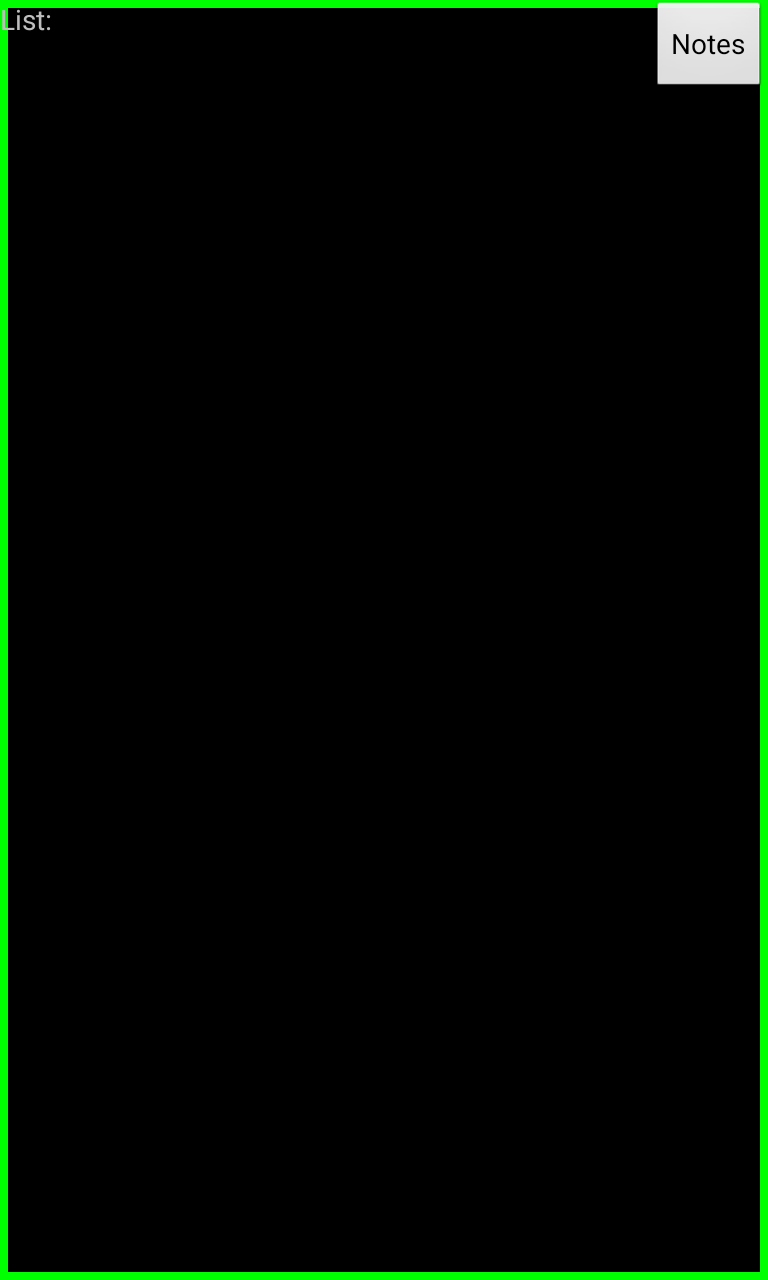
Repository: sandrapatfer/PROMPT11-10-CloudComputing.sandrapatfer
Layout: src/FinalWork/AndroidCloudNotes/AndroidCloudNotes/res/layout/tasklist_list_view_item.xml
An editor plug-in stored every save of this project. The layout is shown before and after the next save, followed by the edit.
It is drawn on a 768 x 1280 px phone screen (xhdpi) without system bars, with theme android:Theme; the app's code is not run.

Above is the layout before, as saved 2012-06-03 23:34:09.

After the next save:
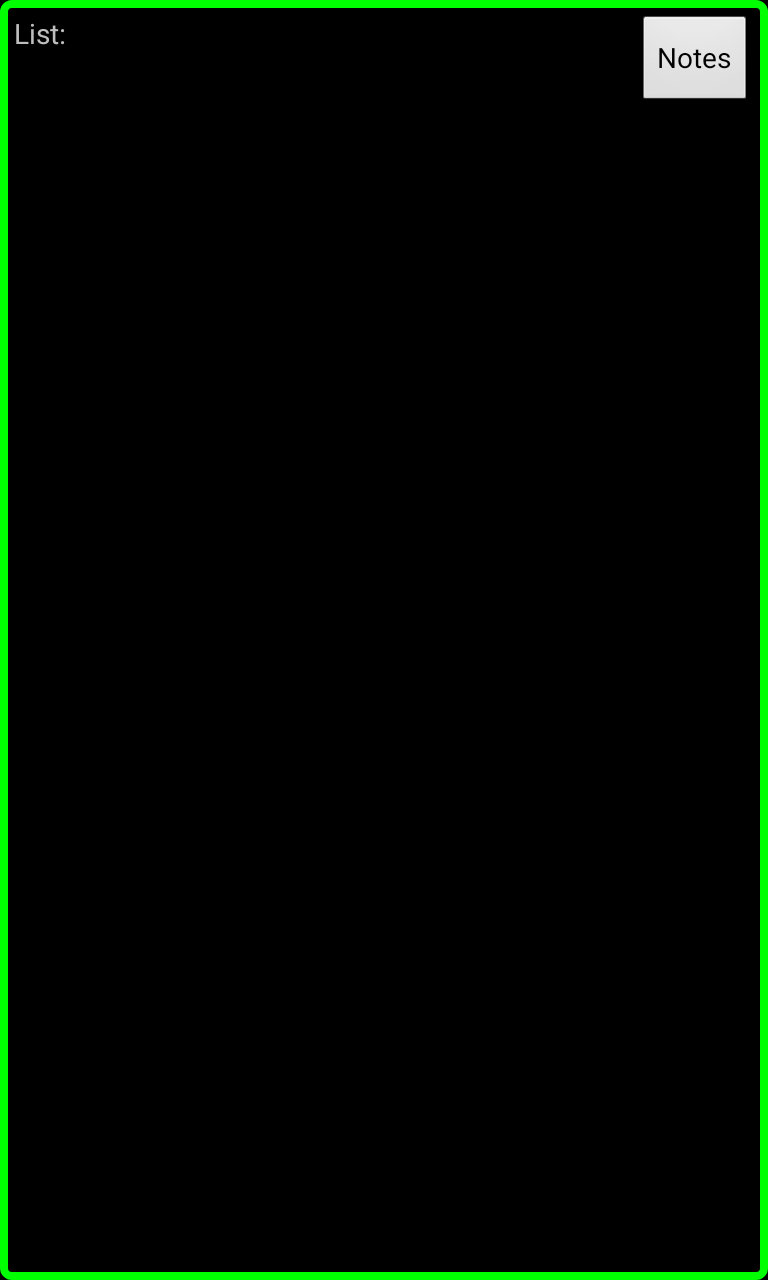
Saved 54 s later.
--- a/src/FinalWork/AndroidCloudNotes/AndroidCloudNotes/res/drawable/listitem_border.xml
+++ b/src/FinalWork/AndroidCloudNotes/AndroidCloudNotes/res/drawable/listitem_border.xml
@@ -1,5 +1,7 @@
 <?xml version="1.0" encoding="utf-8"?>
 <shape xmlns:android="http://schemas.android.com/apk/res/android" >
     <stroke android:width="4dp" android:color="#FF00FF00"/>
-
+	<padding android:left="7dp" android:top="7dp"
+            android:right="7dp" android:bottom="7dp" />
+    <corners android:radius="4dp" />
 </shape>
